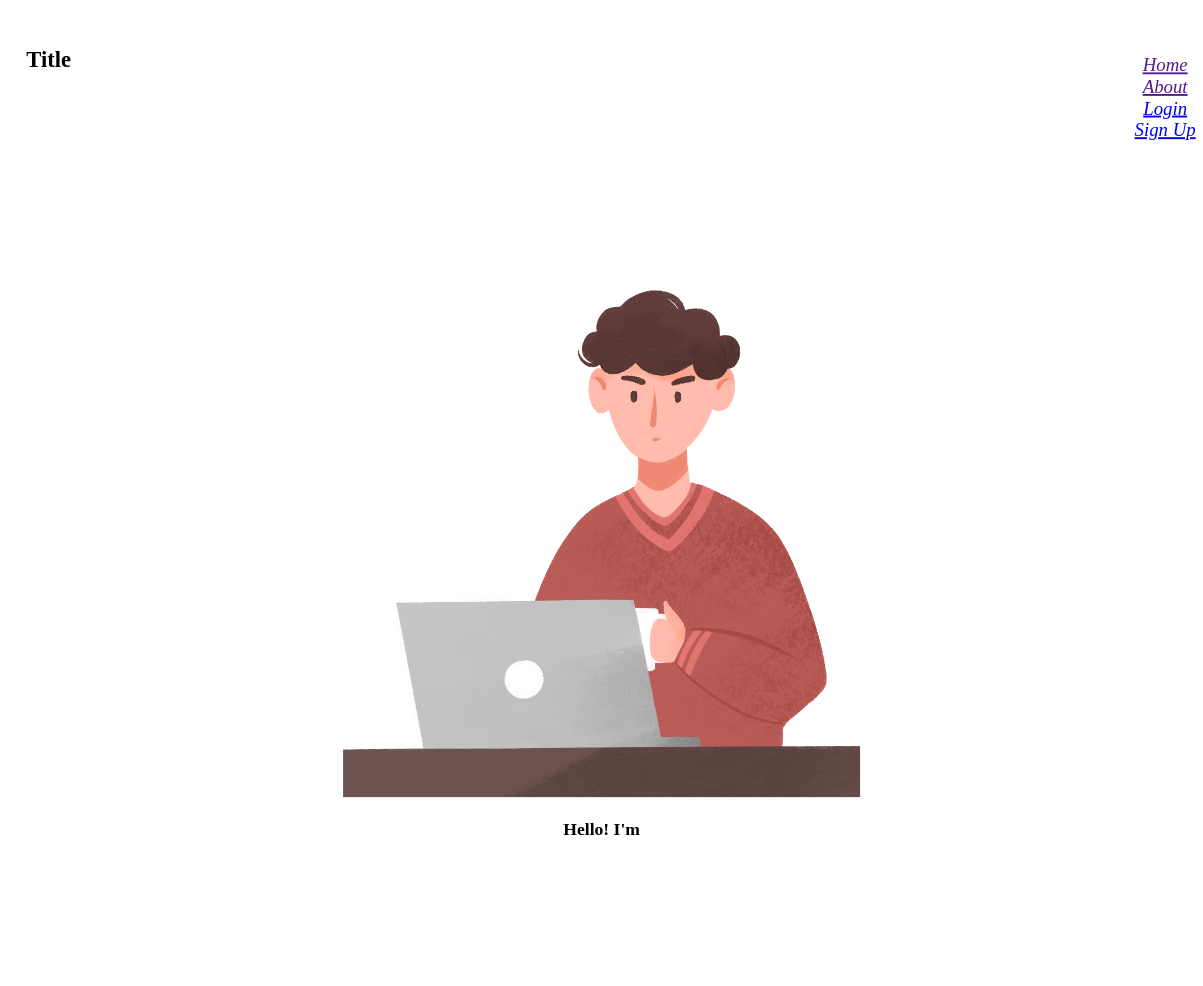
Repository: beruzz/ezen
Page: http://localhost/introduce/
The author's editor kept a copy of each file at every save. The page is drawn from the files as they stood at one save, then again after the next save.
The browser window is 1280 px wide. The pictures show the whole page, at 94% of full size.
The page is served by Tomcat 9.

Above is the page before, as saved 2022-12-12 11:39:09.

After the next save:
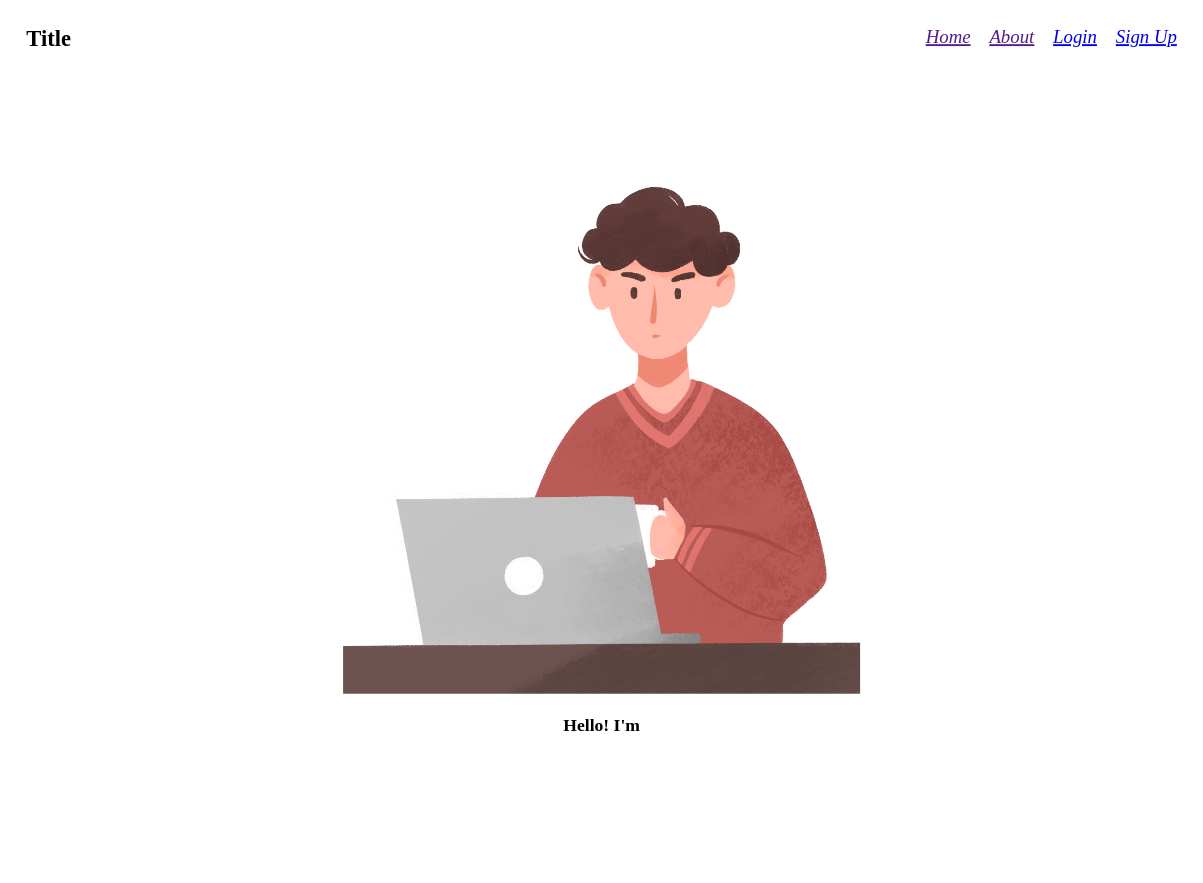
Saved 8 min 27 s later.
--- a/JSP_Board&Member/introduce/src/main/webapp/index.jsp
+++ b/JSP_Board&Member/introduce/src/main/webapp/index.jsp
@@ -8,14 +8,13 @@
 <title>Insert title here</title>
 <style>
 	header {
-  		display: flex;
-  		justify-content: space-between;
+  		/* justify-content: space-between; */
   		align-items: center;
   		list-style: none;
 	}
-	header > h2 {
-		margin-left:20px;
+	h2 {
 		float: left;
+        margin-left: 20px;
 	}
 	.one {
     	background-size: cover;
@@ -25,20 +24,17 @@
 	}
 	ul {
 		list-style: none;
+        margin-right: 20px;
 	}
 	.menu{
 		font-size: 20px;
     	font-style: italic;
-    	align-items: center;
-    	text-align: center;
-    	padding-top: 30px;
-    	top: 0;
-    	left: 0;
-    	right: 0;
-    	height: 80px;
-    	display: inline-block;
     	float: right;
 	}
+    .menu li{
+        float: left;
+        margin-left: 20px;
+    }
 
 </style>
 </head>
